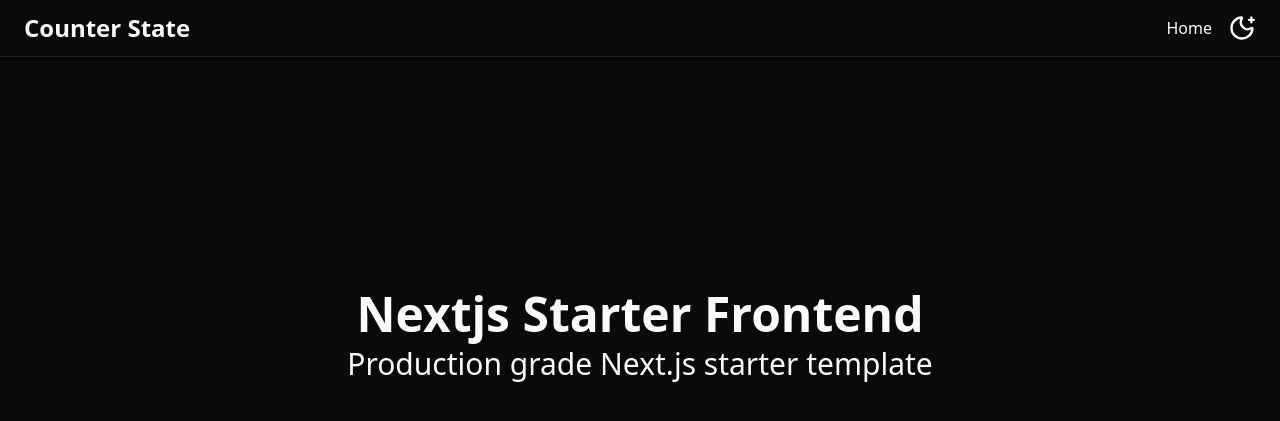
Repository: dev-piyushsarkar/counter-state-project
Page: /
An editor plug-in stored every save of this project. The page is shown before and after the next save, followed by the edit.
The browser window is 1280 px wide. The pictures show the whole page.
The project was rebuilt for these pictures with package versions that can differ from the ones it lists, and the page was loaded fresh each time. The framework's server and built-in components were replaced by stand-ins that run in the browser. Also part of the build but not shown: next.config.ts.

Above is the page before, as saved 2025-11-15 13:15:07.

### src/app/layout.tsx
import Header from "@/components/Header/Header";
import ThemeProvider from "@/components/Providers/ThemeProvider";
import "./globals.css";

type RootLayoutProps = {
	children: React.ReactNode;
};

const RootLayout = ({ children }: Readonly<RootLayoutProps>) => {
	return (
		<html
			lang="en"
			suppressHydrationWarning>
			<body>
				<ThemeProvider
					attribute={"class"}
					defaultTheme="dark"
					enableSystem={false}>
					<Header />

					<main className="mx-auto max-w-7xl px-6 py-3">{children}</main>
				</ThemeProvider>
			</body>
		</html>
	);
};

export default RootLayout;

### src/app/page.tsx
import { Metadata } from "next";

export const metadata: Metadata = {
	title: "Nextjs Starter Frontend",
	description: "Production grade Next.js starter template",
};

const page = () => {
	return (
		<section className="grid h-[90dvh] place-items-center">
			<div className="space-y-2 text-center">
				<h1 className="text-5xl font-semibold">Nextjs Starter Frontend</h1>
				<h2 className="text-3xl">Production grade Next.js starter template</h2>
			</div>
		</section>
	);
};

export default page;

### src/components/Header/Header.tsx
import Link from "next/link";
import ThemeToggleButton from "../ThemeToggleButton";

const Header = () => {
	return (
		<header
			className="fixed right-0 left-0 border-b shadow"
			aria-label="app-header">
			<div className="mx-auto flex max-w-7xl items-center justify-between px-6 py-3">
				<Link href={"/"}>
					<h1
						className="text-2xl font-semibold"
						aria-label="App Name">
						Counter State
					</h1>
				</Link>

				<nav className="flex items-center gap-4">
					<Link href={"/"}>Home</Link>

					<ThemeToggleButton />
				</nav>
			</div>
		</header>
	);
};

export default Header;

### src/components/Providers/ThemeProvider.tsx
"use client";

import { ThemeProvider as NextThemesProvider } from "next-themes";
import { ComponentProps } from "react";

type ThemeProviderProps = ComponentProps<typeof NextThemesProvider>;

const ThemeProvider = ({ children, ...props }: ThemeProviderProps) => {
	return <NextThemesProvider {...props}>{children}</NextThemesProvider>;
};

export default ThemeProvider;

### src/components/ThemeToggleButton.tsx
"use client";

import { MoonStar, Sun } from "lucide-react";
import { useTheme } from "next-themes";

const ThemeToggleButton = () => {
	const { theme, setTheme } = useTheme();

	return (
		<button
			onClick={() => setTheme(theme === "dark" ? "light" : "dark")}
			className="flex cursor-pointer items-center">
			<Sun
				size={28}
				className="-rotate-90 opacity-100 transition-all duration-300 dark:rotate-0 dark:opacity-0"
			/>

			<MoonStar
				size={28}
				className="absolute -rotate-90 opacity-0 transition-all duration-300 dark:rotate-0 dark:opacity-100"
			/>
		</button>
	);
};

export default ThemeToggleButton;

### src/components/shadcnui/card.tsx
import * as React from "react"

import { cn } from "@/lib/utils"

function Card({ className, ...props }: React.ComponentProps<"div">) {
  return (
    <div
      data-slot="card"
      className={cn(
        "bg-card text-card-foreground flex flex-col gap-6 rounded-xl border py-6 shadow-sm",
        className
      )}
      {...props}
    />
  )
}

function CardHeader({ className, ...props }: React.ComponentProps<"div">) {
  return (
    <div
      data-slot="card-header"
      className={cn(
        "@container/card-header grid auto-rows-min grid-rows-[auto_auto] items-start gap-2 px-6 has-data-[slot=card-action]:grid-cols-[1fr_auto] [.border-b]:pb-6",
        className
      )}
      {...props}
    />
  )
}

function CardTitle({ className, ...props }: React.ComponentProps<"div">) {
  return (
    <div
      data-slot="card-title"
      className={cn("leading-none font-semibold", className)}
      {...props}
    />
  )
}

function CardDescription({ className, ...props }: React.ComponentProps<"div">) {
  return (
    <div
      data-slot="card-description"
      className={cn("text-muted-foreground text-sm", className)}
      {...props}
    />
  )
}

function CardAction({ className, ...props }: React.ComponentProps<"div">) {
  return (
    <div
      data-slot="card-action"
      className={cn(
        "col-start-2 row-span-2 row-start-1 self-start justify-self-end",
        className
      )}
      {...props}
    />
  )
}

function CardContent({ className, ...props }: React.ComponentProps<"div">) {
  return (
    <div
      data-slot="card-content"
      className={cn("px-6", className)}
      {...props}
    />
  )
}

function CardFooter({ className, ...props }: React.ComponentProps<"div">) {
  return (
    <div
      data-slot="card-footer"
      className={cn("flex items-center px-6 [.border-t]:pt-6", className)}
      {...props}
    />
  )
}

export {
  Card,
  CardHeader,
  CardFooter,
  CardTitle,
  CardAction,
  CardDescription,
  CardContent,
}

### src/lib/utils.ts
import { clsx, type ClassValue } from "clsx";
import { twMerge } from "tailwind-merge";

export const cn: typeof clsx = (...inputs: ClassValue[]) => {
	return twMerge(clsx(inputs));
};

Loaded but not shown: src/app/globals.css (common file)

After the next save:
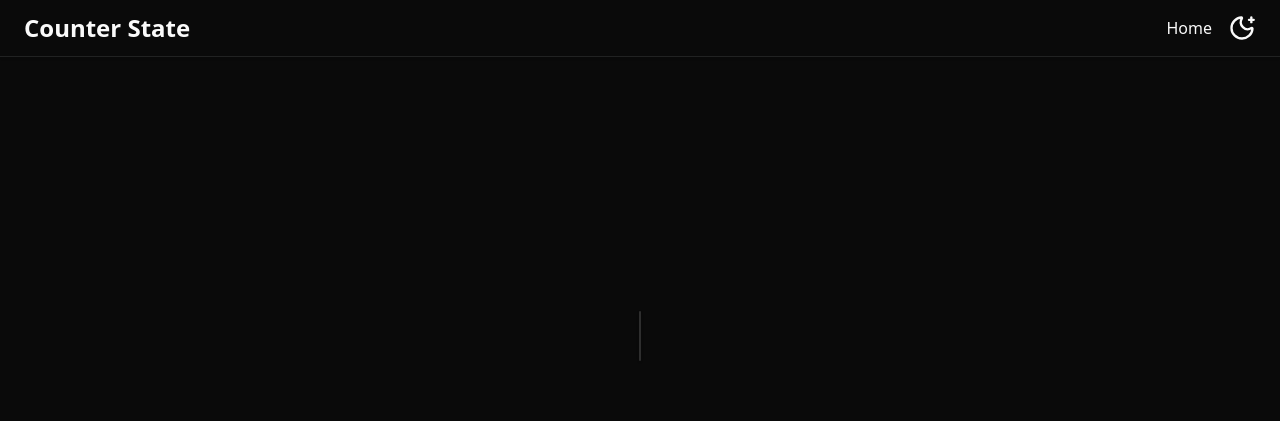
Saved 2 min 26 s later.
--- a/src/app/page.tsx
+++ b/src/app/page.tsx
@@ -1,3 +1,4 @@
+import { Card } from "@/components/shadcnui/card";
 import { Metadata } from "next";
 
 export const metadata: Metadata = {
@@ -8,10 +9,7 @@ export const metadata: Metadata = {
 const page = () => {
 	return (
 		<section className="grid h-[90dvh] place-items-center">
-			<div className="space-y-2 text-center">
-				<h1 className="text-5xl font-semibold">Nextjs Starter Frontend</h1>
-				<h2 className="text-3xl">Production grade Next.js starter template</h2>
-			</div>
+			<Card></Card>
 		</section>
 	);
 };
